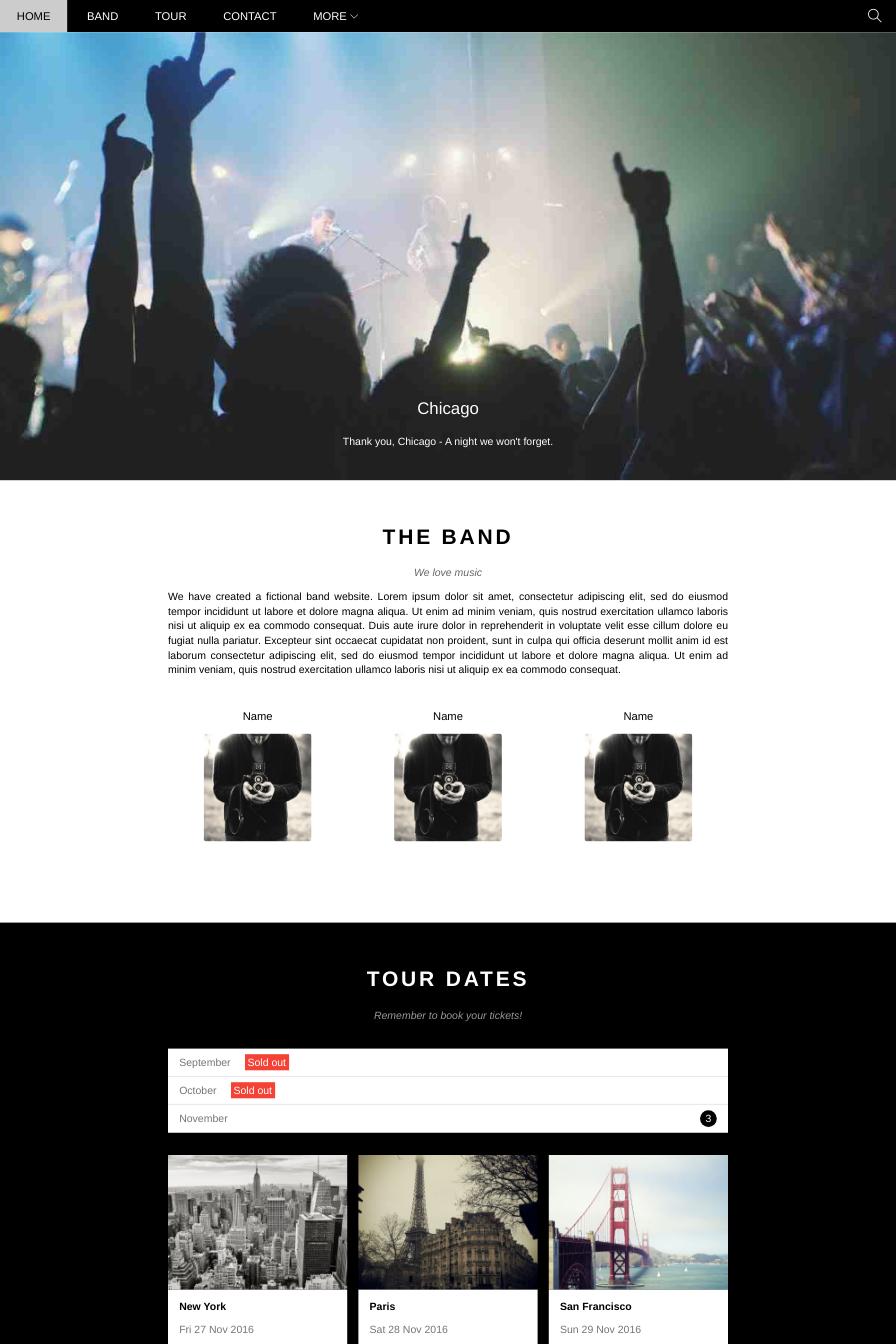
Repository: phongngotrong/w3school_reup
Page: index.html
These files come from the project's save history. The page is drawn as it stood at one moment and after the next save; the edit follows.
The browser window is 1280 px wide. The pictures show the part of the page from y = 0 to 1920 px (the page is 3497 px tall), at 70% of full size.

Above is the page before, as saved 2021-12-24 15:12:49.

### index.html
<!DOCTYPE html>
<html lang="en">
  <head>
    <meta charset="UTF-8" />
    <meta http-equiv="X-UA-Compatible" content="IE=edge" />
    <meta name="viewport" content="width=device-width, initial-scale=1.0" />
    <title>W3.CSS Template</title>
    <link rel="stylesheet" href="./assets/css/style.css" />
    <link rel="stylesheet" href="./assets/fonts/themify-icons/themify-icons.css">
  </head>
  <body>
    <div id="main">
      <div id="header">
        <!--Begin: Nav-->
        <ul id="nav">
          <li><a href="#">Home</a></li>
          <li><a href="#band">Band</a></li>
          <li><a href="#tour">Tour</a></li>
          <li><a href="#contact">Contact</a></li>
          <li>
            <a href="">
              More
              <i class="nav-arrow-down ti-angle-down"></i>
            </a>
            <ul class="subnav">
              <ul>
                <li><a href="">Merchandise</a></li>
                <li><a href="">Extras</a></li>
                <li><a href="">Media</a></li>
              </ul>
            </ul>
          </li>
        </ul>
        <!--End: Nav-->

        <!--Begin: Search-->
        <div class="search-btn">
          <i class="search-icon ti-search"></i>
        </div>
        <!--End: Search-->
      </div>

      <div id="slider">
        <div class="text-content">
          <h2 class="text-heading">Chicago</h2>
          <div class="text-description">
            Thank you, Chicago - A night we won't forget.
          </div>
        </div>
      </div>

      <div id="content">
        <!--content section-->
        <div id="band" class="content-section">
          <h2 class="section-heading">THE BAND</h2>
          <p class="section-sub-heading">We love music</p>
          <p class="about-text">
            We have created a fictional band website. Lorem ipsum dolor sit
            amet, consectetur adipiscing elit, sed do eiusmod tempor incididunt
            ut labore et dolore magna aliqua. Ut enim ad minim veniam, quis
            nostrud exercitation ullamco laboris nisi ut aliquip ex ea commodo
            consequat. Duis aute irure dolor in reprehenderit in voluptate velit
            esse cillum dolore eu fugiat nulla pariatur. Excepteur sint occaecat
            cupidatat non proident, sunt in culpa qui officia deserunt mollit
            anim id est laborum consectetur adipiscing elit, sed do eiusmod
            tempor incididunt ut labore et dolore magna aliqua. Ut enim ad minim
            veniam, quis nostrud exercitation ullamco laboris nisi ut aliquip ex
            ea commodo consequat.
          </p>
          <div class="row list-member">
            <!--member1-->
            <div class="col col-third text-center">
              <p class="member-name">Name</p>
              <img
                src="./assets/img/member.jpg"
                alt="Name"
                class="avt-member"
              />
            </div>

            <!--member2-->
            <div class="col col-third text-center">
              <div class="member-name">Name</div>
              <img
                src="./assets/img/member.jpg"
                alt="Name"
                class="avt-member"
              />
            </div>
            <!--member3-->

            <div class="col col-third text-center">
              <div class="member-name">Name</div>
              <img
                src="./assets/img/member.jpg"
                alt="Name"
                class="avt-member"
              />
            </div>
            <!-- <div class="clear"></div> -->
          </div>
        </div>
        <!--tour section-->
        <div id="tour" class="tour-section">
          <div class="content-section">
            <h2 class="section-heading text-white">TOUR DATES</h2>
            <p class="section-sub-heading text-white">
              Remember to book your tickets!
            </p>
            <!-- tickets -->
            <ul class="tickets-list">
              <li>September <span class="sold-out">Sold out</span></li>
              <li>October <span class="sold-out">Sold out</span></li>
              <li>November <span class="quantity">3</span></li>
            </ul>
            <div class="row places-list">
              <!-- place1 -->
              <div class="col col-third">
                <img
                  src="./assets/img/newyork.jpg"
                  alt="New York"
                  class="place-img"
                />
                <div class="places-body">
                  <h3 class="places-heading">New York</h3>
                  <p class="places-time">Fri 27 Nov 2016</p>
                  <p class="place-description">
                    Praesent tincidunt sed tellus ut rutrum sed vitae justo.
                  </p>
                  <button class="btn js-buy-ticket">Buy Tickets</button>
                </div>
              </div>
              <!-- place2 -->

              <div class="col col-third">
                <img
                  src="./assets/img/paris.jpg"
                  alt="New York"
                  class="place-img"
                />
                <div class="places-body">
                  <h3 class="places-heading">Paris</h3>
                  <p class="places-time">Sat 28 Nov 2016</p>
                  <p class="place-description">
                    Praesent tincidunt sed tellus ut rutrum sed vitae justo.
                  </p>
                  <button class="btn js-buy-ticket">Buy Tickets</button>
                </div>
              </div>
              <!-- place3 -->

              <div class="col col-third">
                <img
                  src="./assets/img/sanfran.jpg"
                  alt="New York"
                  class="place-img"
                />
                <div class="places-body">
                  <h3 class="places-heading">San Francisco</h3>
                  <p class="places-time">Sun 29 Nov 2016</p>
                  <p class="place-description">
                    Praesent tincidunt sed tellus ut rutrum sed vitae justo.
                  </p>
                  <button class="btn js-buy-ticket">Buy Tickets</button>
                </div>
              </div>
              <!-- <div class="clear"></div> -->
            </div>
          </div>
        </div>

        <!-- Begin: contact section-->
        <div id="contact" class="content-section">
          <h2 class="section-heading">CONTACT</h2>
          <p class="section-sub-heading">Fan? Drop a note!</p>

          <div class="row contact-content">
            <div class="col col-half contact-info">
              <p><i class="ti-location-pin"></i>Chicago, US</p>
              <p><i class="ti-mobile"></i>Phone: +00 151515</p>
              <p><i class="ti-email"></i>Email: mail@mail.com</p>
            </div>
            <div class="col col-half contact-form">
              <form action="">
                <div class="row">
                  <div class="col col-half">
                      <input type="text" name="" required placeholder="Name" id="" class="form-control">
                  </div>
                  <div class="col col-half">
                    <input type="email" name="" required placeholder="Email" id="" class="form-control">
                </div>
                </div>
                <div class="row mt-8">
                  <div class="col col-full">
                    <input type="text" name="" required placeholder="Message" id="" class="form-control">
                </div>
                </div>
                <input class="btn pull-right mt-16" type="submit" value="SEND">
              </form>
            </div>
          </div>
        </div>
        <!-- End: contact section-->
        <div class="map-section">
          <img src="./assets/img/map.jpg" alt="Map">
        </div>
      </div>

      <div id="footer">
        <div class="social-list">
          <a href=""><i class="ti-facebook"></i></a>
          <a href=""><i class="ti-instagram"></i></a>
          <a href=""><i class="ti-github"></i></a>
          <a href=""><i class="ti-pinterest"></i></a>
          <a href=""><i class="ti-twitter-alt"></i></a>
          <a href=""><i class="ti-linkedin"></i></a>
        </div>
        <div class="Copyright">Powered by <a href="">w3.css</a></div>
      </div>
    </div>

    <div class="modal js-modal">
      <div class="modal-container js-modal-container">
        <div class="modal-close js-modal-close">
          <i class="ti-close"></i>
        </div>
        <header class="modal-header">
          <i class="icon-ti-bag-header ti-bag"></i>
          Tickets
        </header>

        <div class="modal-body">
          <label for="tickets-quantity" class="modal-label">
            <i class="ti-shopping-cart"></i>
            Tickets, $15 per person
          </label>
          <input
            id="tickets-quantity"
            type="text"
            class="modal-input"
            placeholder="How many?"
          />

          <label for="tickets-email" class="modal-label">
            <i class="ti-user"></i>
            Send To
          </label>
          <input
            id="tickets-email"
            type="email"
            class="modal-input"
            placeholder="Enter email "
          />

          <button id="buy-tickets">
            PAY<i class="icon-ti-check-footer ti-check"></i>
          </button>
        </div>

        <footer class="modal-footer">
          <p class="modal-help">Need <a href="">help?</a></p>
        </footer>
      </div>
    </div>

    <script>
      const buyBtns = document.querySelectorAll('.js-buy-ticket')
      const modal = document.querySelector('.js-modal')
      const modalContainer = document.querySelector('.js-modal-container')
      const modalClose = document.querySelector('.js-modal-close')

      // hàm hiển thị modal mua vé(thêm class open vào modal)
      function showBuyTickets() {
        modal.classList.add('open')
      }

      // hàm ẩn modal mua vé(gỡ bỏ class open của modal)
      function hideBuyTickets() {
        modal.classList.remove('open')
      }

      // lặp qua từng thẻ button và nghe hành vi click
      for(const buyBtn of buyBtns) {
        buyBtn.addEventListener('click', showBuyTickets)
      }

      // nghe hành vi click vào button close
      modalClose.addEventListener('click', hideBuyTickets)

      modal.addEventListener('click', hideBuyTickets)

      modalContainer.addEventListener('click', function(event){
        event.stopPropagation()
      })

    </script>
  </body>
</html>

### assets/css/style.css
/* Reset CSS */

* {
  padding: 0;
  margin: 0;
  box-sizing: border-box;
}

html {
  font-family: Helvetica, Arial, sans-serif;
  scroll-behavior: smooth;
}
/*
  -Từ trên xuống dưới
  -Từ ngoài vào trong
  -Tổng quan đến chi tiết
  */

/*
  1. Vi tri
  2. Kich thuoc
  3. Mau sac
  4. Kieu dang (kieu chu, hinh tron, vuong...)
  */

/* Common */
.text-center {
  text-align: center !important;
}

.row {
  margin-left: -8px;
  margin-right: -8px;
}

/* Tạo element giả */
.row::after {
  content: "";
  display: block;
  clear: both;
}
/*.................*/

.col {
  float: left;
  padding-left: 8px;
  padding-right: 8px;
}

.col-full {
  width: 100%;
}

.col-half {
  width: 50%;
}

.col-third {
  width: 33.33333%;
}

.pull-right {
  float: right;
}

.btn {
  background-color: #000;
  color: #fff;
  text-decoration: none;
  display: inline-block;
  padding: 11px 16px;
  margin-top: 15px;
  padding-top: 16px;
  cursor: pointer;
  border: none;
}

.btn:hover {
  background-color: #ccc;
  color: #000;
}

.mt-8 {
  margin-top: 8px !important;
}

.mt-16 {
  margin-top: 16px !important;
}

.clear {
  clear: both;
}

/* .row::after {
    clear: both;
    display: block;
    content: "";
  } */

.text-white {
  color: #fff !important;
}

/* Main */
#main {
}

#header {
  position: fixed;
  top: 0;
  left: 0;
  right: 0;
  height: 46px;
  background-color: #000;
  z-index: 1;
}

#nav {
  display: inline-block;
}

li {
  list-style-type: none;
}

#nav > li {
  display: inline-block;
}

#nav li {
  position: relative;
}

#nav > li > a {
  color: #fff;
  text-transform: uppercase;
}

#nav li a {
  text-decoration: none;
  line-height: 46px;
  padding: 0 24px;
  display: block;
}

#nav li:hover .subnav {
  display: block;
}

#nav > li:hover > a,
#nav .subnav li:hover a {
  color: #000;
  background-color: #ccc;
}

#nav .subnav {
  display: none;
  min-width: 160px;
  position: absolute;
  background-color: #fff;
  box-shadow: 0 0 10px rgba(0, 0, 0, 0.3);
}

#nav .subnav a {
  color: #000;
  padding: 0 12px;
  line-height: 38px;
}

#nav .nav-arrow-down {
  font-size: 12px;
}

#header .search-btn {
  float: right;
  padding: 0 20px;
  cursor: pointer;
}

#header .search-btn:hover {
  background-color: #f44336;
}

#header .search-icon {
  color: #fff;
  font-size: 20px;
  line-height: 46px;
}

#slider {
  position: relative;
  margin-top: 46px;
  padding-top: 50%;
  background: url("/assets/img/slider.jpg") top center / cover no-repeat;
}

#slider .text-content {
  position: absolute;
  bottom: 47px;
  color: #fff;
  width: 100%;
  text-align: center;
}

#slider .text-heading {
  font-weight: 500;
  font-size: 24px;
}

#slider .text-description {
  font-size: 15px;
  margin-top: 25px;
}

#content {
}

#content .content-section {
  width: 800px;
  padding: 64px 0 112px;
  margin-right: auto;
  margin-left: auto;
}

#content .section-heading {
  text-align: center;
  font-size: 30px;
  letter-spacing: 4px;
}

#content .section-sub-heading {
  font-size: 15px;
  text-align: center;
  margin-top: 25px;
  font-style: italic;
  opacity: 0.6;
}

#content .about-text {
  font-size: 15px;
  margin-top: 15px;
  text-align: justify;
  line-height: 1.4;
}

#content .member-name {
  font-size: 16px;
}

#content .list-member {
  margin-top: 48px;
  /* margin-bottom: 48px;
    overflow: hidden;  */
}

/* #content .item-member {
    float: left;
    width: 33.33333%;
    text-align: center;
  } */

#content .avt-member {
  margin-top: 15px;
  width: 154px;
  border-radius: 4px;
}

/* tour section */
.tour-section {
  background-color: #000;
}
.tickets-list {
  background-color: #fff;
  margin-top: 40px;
  list-style: none;
}

.tickets-list li {
  color: #757575;
  font-size: 15px;
  padding: 11px 16px;
  border-bottom: 1px solid #ddd;
}

.tickets-list .sold-out {
  background-color: #f44336;
  color: #fff;
  padding: 3px 4px;
  margin-left: 16px;
}

.tickets-list .quantity {
  float: right;
  width: 24px;
  height: 24px;
  background-color: #000;
  color: #fff;
  border-radius: 50%;
  line-height: 24px;
  text-align: center;
  margin-top: -3px;
}

/* Places */
.places-list {
  margin-top: 32px;
}

/* .places-item {
    float: left;
    width: 33.33333%;
    padding: 0 8px;
  } */

.place-img {
  width: 100%;
  display: block;
}

.place-img:hover {
  opacity: 0.6;
}

.places-body {
  padding: 16px;
  font-size: 15px;
  background-color: #fff;
}

.places-heading {
  font-size: 15px;
}

.places-time {
  padding-top: 15px;
  color: #757575;
}

.place-description {
  padding-top: 15px;
  line-height: 1.4;
}

.modal {
  position: fixed;
  top: 0;
  bottom: 0;
  right: 0;
  left: 0;
  background-color: rgba(0, 0, 0, 0.4);
  display: none;
  align-items: center;
  justify-content: center;
}

.modal.open {
  display: flex;
}

.modal-container {
  background-color: #fff;
  width: 900px;
  min-height: 200px;
  position: relative;
  max-width: calc(100% -32px);
  animation: modalFadeIn ease 0.4s;
}

.modal-header {
  background-color: #009688;
  color: #fff;
  height: 130px;
  font-size: 30px;
  display: flex;
  align-items: center;
  justify-content: center;
  letter-spacing: 4px;
}

.modal-close:hover {
  background-color: #ccc;
  color: #000;
}

.modal-close {
  position: absolute;
  right: 0;
  top: 0;
  padding: 16px;
  font-size: 12px;
  color: #fff;
  cursor: pointer;
}

.icon-ti-bag-header {
  margin-right: 16px;
}

.modal-body {
  padding: 16px;
}

.modal-label {
  display: block;
  font-size: 15px;
  margin-bottom: 12px;
}

.modal-input {
  border: 1px solid #ccc;
  width: 100%;
  padding: 10px;
  font-size: 15px;
  margin-bottom: 24px;
}

#buy-tickets:hover {
  background-color: #ccc;
  color: #000;
}

#buy-tickets {
  background-color: #009688;
  width: 100%;
  padding: 18px;
  color: #fff;
  border: none;
  text-transform: uppercase;
  font-size: 15px;
  cursor: pointer;
}

.modal-footer {
  padding: 16px;
  text-align: right;
}

.modal-footer a {
  color: #2196f3;
}

/* Contact */
.contact-content {
  margin-top: 48px;
}

.contact-info {
  font-size: 18px;
  line-height: 1.5;
}

.contact-info i[class*="ti-"] {
  width: 30px;
  display: inline-block;
}

.contact-form {
  font-size: 15px;
}

.contact-form .form-control {
  padding: 10px;
  border: 1px solid #ccc;
  width: 100%;
}

/* .contact-form .form-submit-btn {
  background: #000;
  color: #fff;
  border: 1px solid #000;
  padding: 10px 16px;
  float: right;
} */

/* .form-submit-btn:hover {
  background: #ccc;
  color: #000;
  border: none;
  cursor: pointer;
} */

/* Map section */
.map-section img {
  width: 100%;
  filter: grayscale(50%);
}

/* footer section */

#footer {
  padding: 64px 16px;
  text-align: center;
}

#footer .social-list {
  font-size: 20px;
}

#footer .Copyright {
  font-size: 15px;
  margin-top: 15px;
  color: rgba(0, 0, 0, 0.6);
}

#footer .Copyright a {
  color: rgba(0, 0, 0, 0.6);
}

#footer .social-list a {
  color: rgba(0, 0, 0, 0.6);
  text-decoration: none;
}

#footer .social-list a:hover {
  color: rgba(0, 0, 0, 0.4);
}

/* Tạo hoạt ảnh  */
@keyframes modalFadeIn {
  from {
    opacity: 0;
    transform: translateY(-140px);
  }
  to {
    opacity: 1;
    transform: translateY(0);
  }
}

Loaded but not shown: assets/fonts/themify-icons/themify-icons.css (common file)

After the next save:
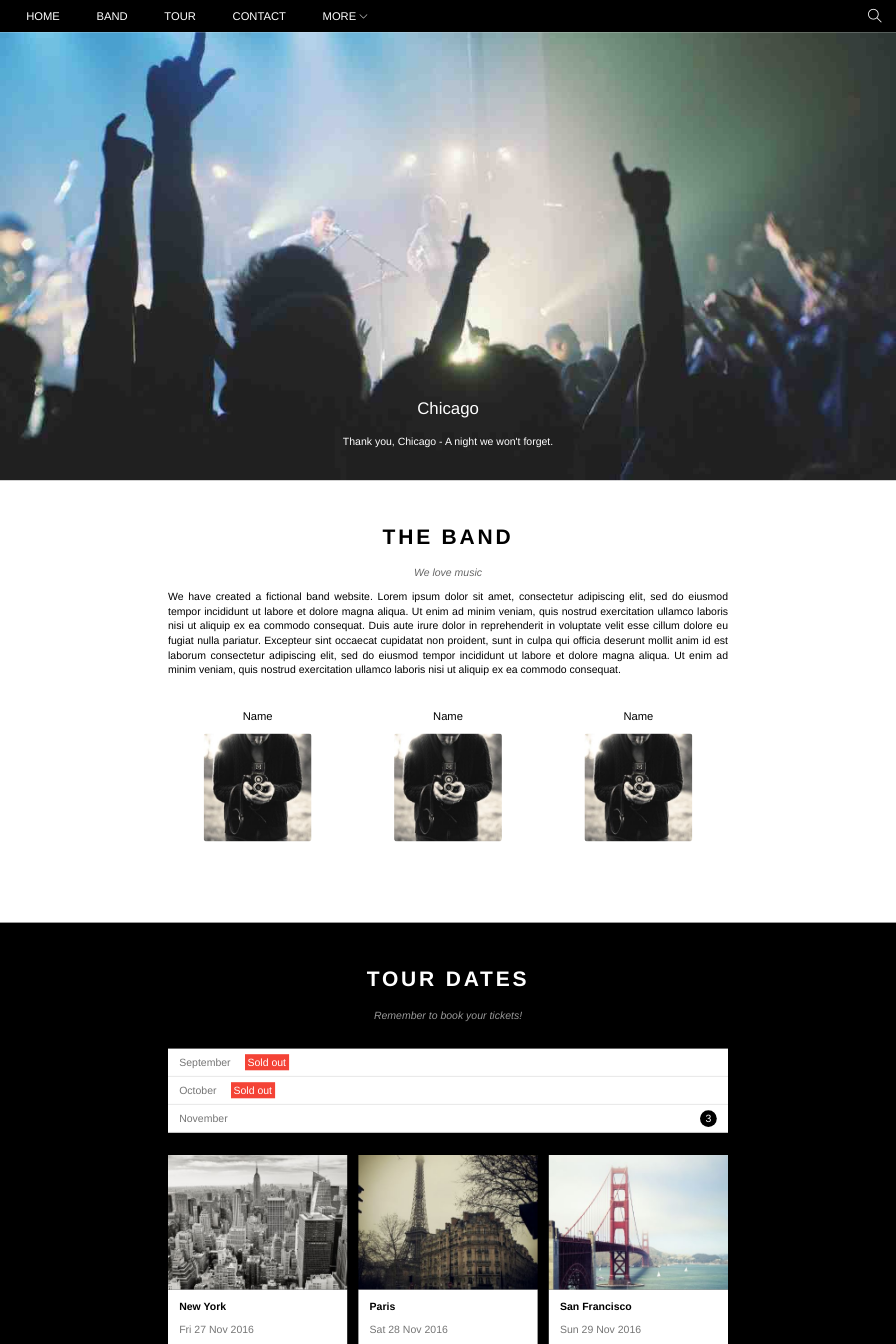
Saved 94 s later.
--- a/index.html
+++ b/index.html
@@ -12,7 +12,7 @@
     <div id="main">
       <div id="header">
         <!--Begin: Nav-->
-        <ul id="nav">
+        <ul id="nav">#
           <li><a href="#">Home</a></li>
           <li><a href="#band">Band</a></li>
           <li><a href="#tour">Tour</a></li>
@@ -24,9 +24,9 @@
             </a>
             <ul class="subnav">
               <ul>
-                <li><a href="">Merchandise</a></li>
-                <li><a href="">Extras</a></li>
-                <li><a href="">Media</a></li>
+                <li><a href="#">Merchandise</a></li>
+                <li><a href="#">Extras</a></li>
+                <li><a href="#">Media</a></li>
               </ul>
             </ul>
           </li>
